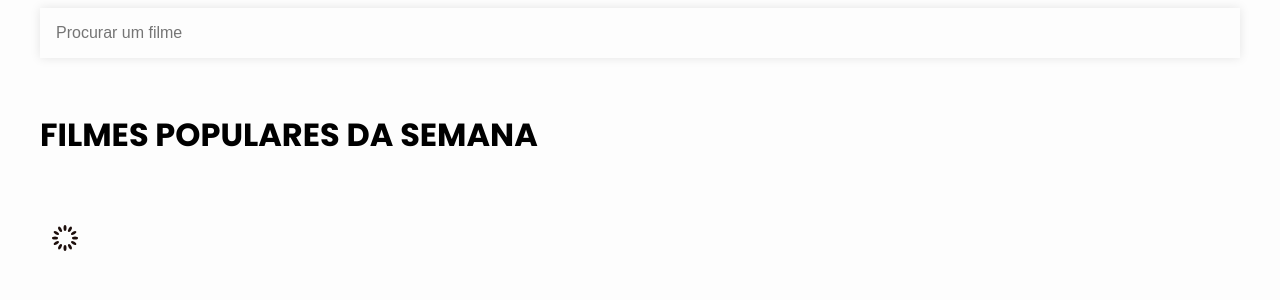
Repository: giordanobraz/agenda-edu-challenge
Page: /
An editor plug-in stored every save of this project. The page is shown before and after the next save, followed by the edit.
The browser window is 1280 px wide. The pictures show the whole page.
The page's requests for data from a server got no answer. The project was rebuilt for these pictures with package versions that can differ from the ones it lists, and the page was loaded fresh each time. No one was signed in, and anything a server would have sent is missing.

Above is the page before, as saved 2022-05-12 11:07:59.

After the next save:
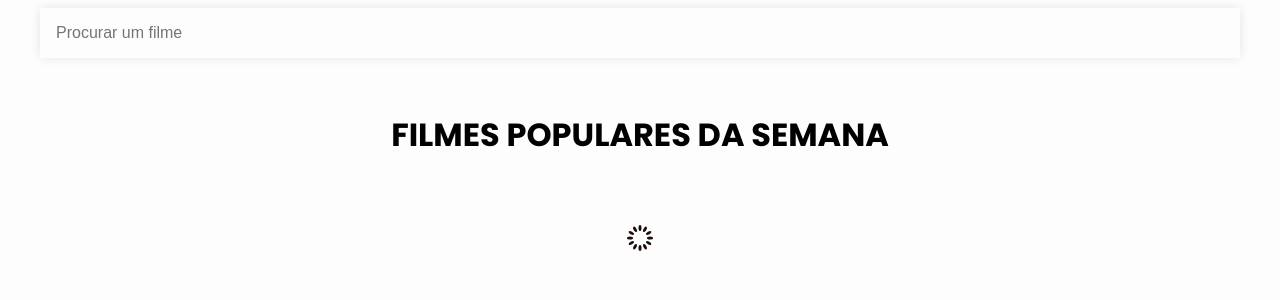
Saved 26 s later.
--- a/src/components/List/MovieList.js
+++ b/src/components/List/MovieList.js
@@ -1,6 +1,7 @@
 import { useEffect, useState } from "react";
 import { api } from "../../services/api";
 import Loading from "../Loading";
+import "./MovieList.scss"
 
 function MovieList() {
   const [movies, setMovies] = useState({
